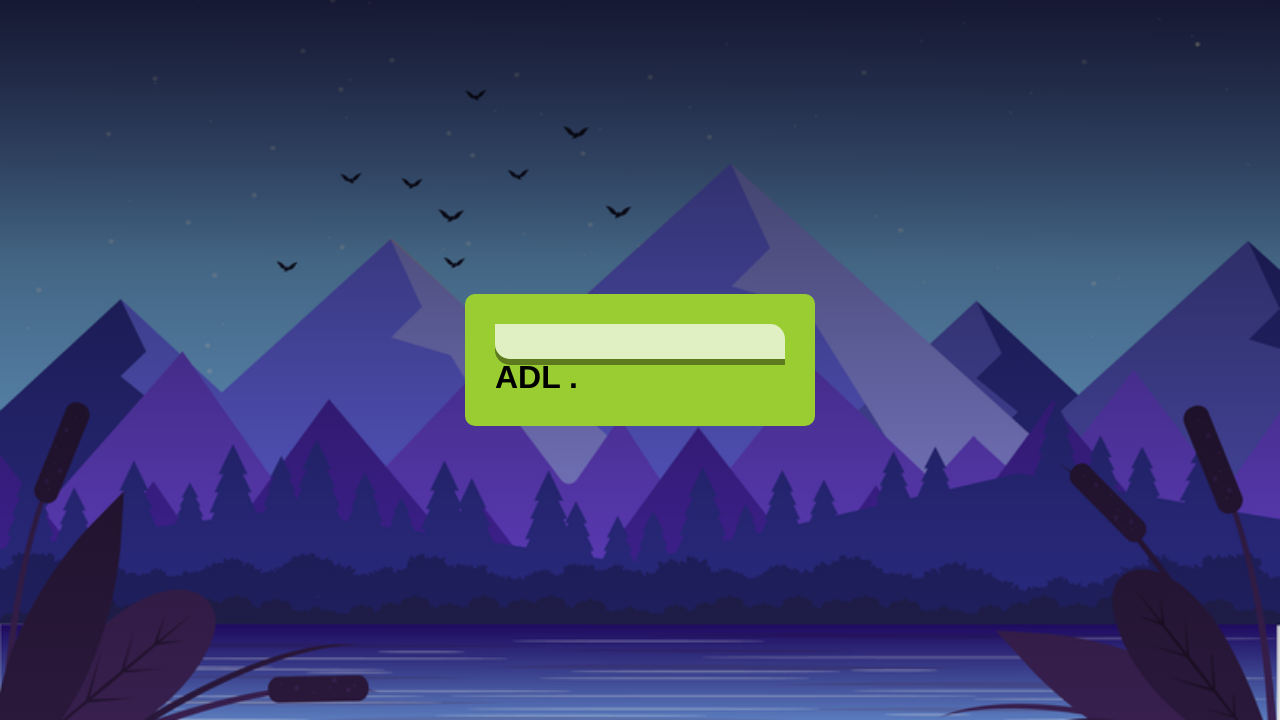
Repository: andrewhuynh561/weather-app-1
Page: index.html
An editor plug-in stored every save of this project. The page is shown before and after the next save, followed by the edit.
The browser window is 1280 px wide. The pictures show the whole page.

Above is the page before, as saved 2022-12-08 20:49:21.

### index.html
<!DOCTYPE html>
<html lang="en">
<head>
    <meta charset="UTF-8">
    <meta http-equiv="X-UA-Compatible" content="IE=edge">
    <meta name="viewport" content="width=device-width, initial-scale=1.0">
    <title>Weather app</title>
    <link
     rel="stylesheet"
     href="https://cdnjs.cloudflare.com/ajax/libs/font-awesome/6.0.0-beta2/css/all.min.css"
     integrity="sha512-YWzhKL2whUzgiheMoBFwW8CKV4qpHQAEuvilg9FAn5VJUDwKZZxkJNuGM4XkWuk94WCrrwslk8yWNGmY1EduTA=="
     crossorigin="anonymous"
     referrerpolicy="no-referrer">
    <link rel="stylesheet" href="style.css">
</head>
<body>
    <div id="weather">
        <input type="text" class="search">
        <div class="content">
            <h1 class="capital">
                <span class="city">ADL</span>
                <span>.</span>
                <span class="country"></span>
            </h1>
        </div>
    </div>

</body>
</html>

### style.css
*{
    margin: 0;
    padding: 0;
    box-sizing: border-box;
}
body{
    font-family: sans-serif;
    height: 100vh;
    display: flex;
    justify-content: center;
    align-items: center;
    background: linear-gradient(to bottom, rgba(0,0,0,0.7),rgba(0,0,0,0.1)),url(./image/222.png)  no-repeat center/cover;
}

#weather{
    width: 350px;
    border-radius:10px ;
    padding: 30px 30px;
    background: yellowgreen;
}

.search{
    width: 100%;
    padding: 10px 20px;
    border: none;
    outline: none;
    background: rgba(255,255,255,0.7);
    border-radius: 0 15px 0 15px;
    box-shadow:0 6px rgba(0,0,0,0.4);
}

After the next save:
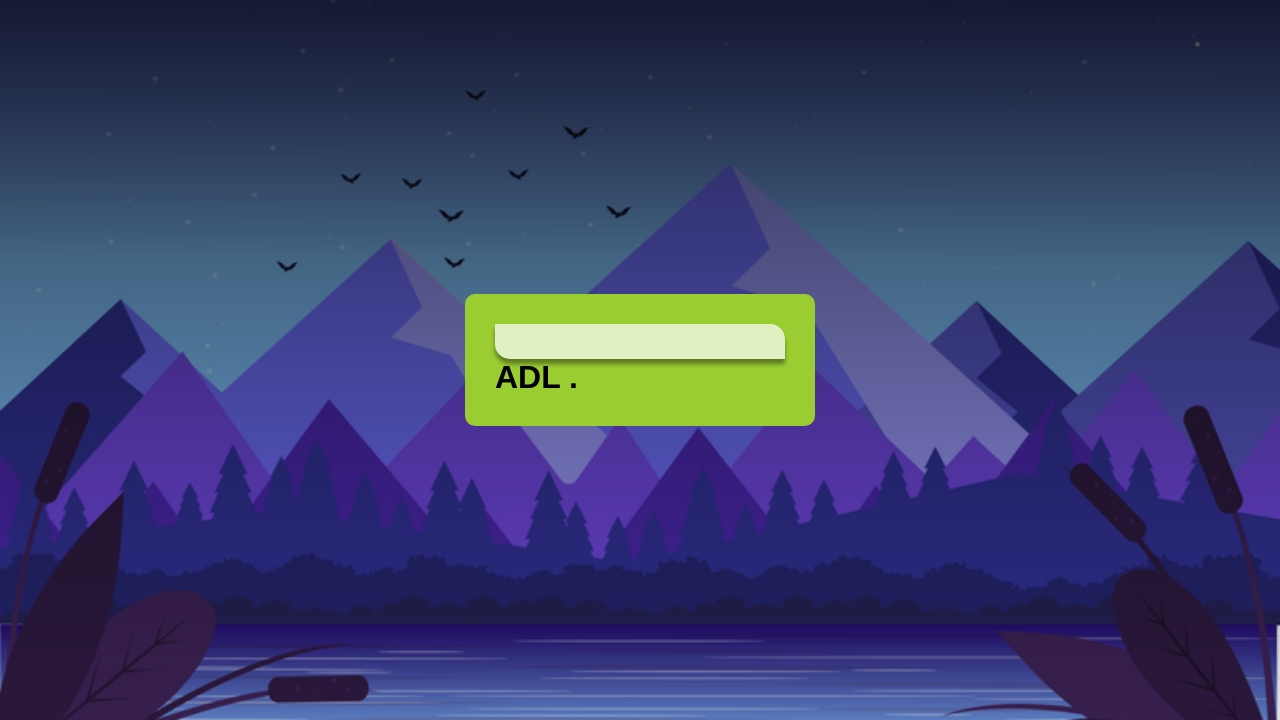
Saved 7 s later.
--- a/style.css
+++ b/style.css
@@ -26,5 +26,5 @@ body{
     outline: none;
     background: rgba(255,255,255,0.7);
     border-radius: 0 15px 0 15px;
-    box-shadow:0 6px rgba(0,0,0,0.4);
+    box-shadow:0 5px 4px rgba(0,0,0,0.4);
 }
